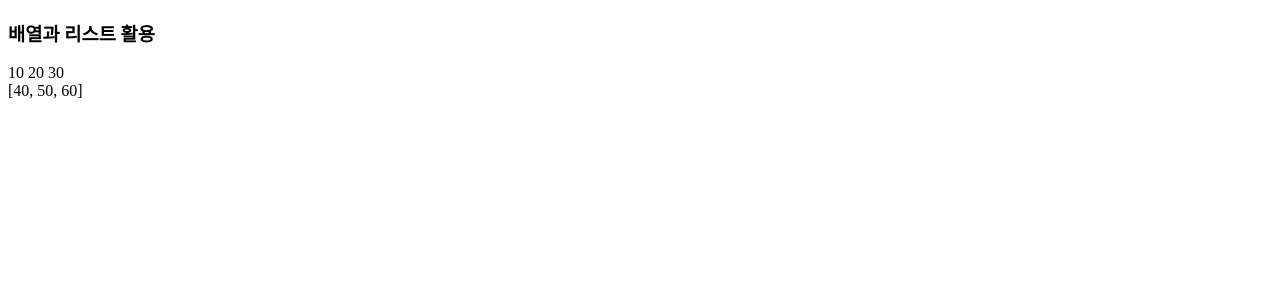
Repository: Kongnamu/JSPworks
Page: http://localhost/jwbook/ch01/Scriptlet2.jsp
These files come from the project's save history. The page is drawn as it stood at one moment and after the next save; the edit follows.
The browser window is 1280 px wide. The pictures show the whole page.
The page is served by Tomcat 9. Other server files are loaded and not shown.

Above is the page before, as saved 2023-11-20 02:44:06.

### jwbook/src/main/webapp/ch01/Scriptlet2.jsp
<%@page import="java.util.ArrayList"%>
<%@page import="java.util.Arrays"%>
<%@ page language="java" contentType="text/html; charset=UTF-8"
    pageEncoding="UTF-8"%>
<!DOCTYPE html>
<html>
<head>
<meta charset="UTF-8">
<title>배열과 리스트 활용</title>
</head>
<body>
	<h3>배열과 리스트 활용</h3>
	<%
		//배열
		int[] arr = new int[]{10, 20, 30};
		for(int i = 0; i < arr.length; i++){
			out.println(arr[i]);
		}
		out.println("<br>");

		//Arrays 클래스
		int arr2[] = new int[]{40, 50, 60};
		out.println(Arrays.toString(arr2));

		//ArrayList 클래스
		ArrayList<String> cart = new ArrayList<>();
		cart.add("우유");
		cart.add("콩나물");
		cart.add("딸기잼");



 	%>
</body>
</html>

After the next save:
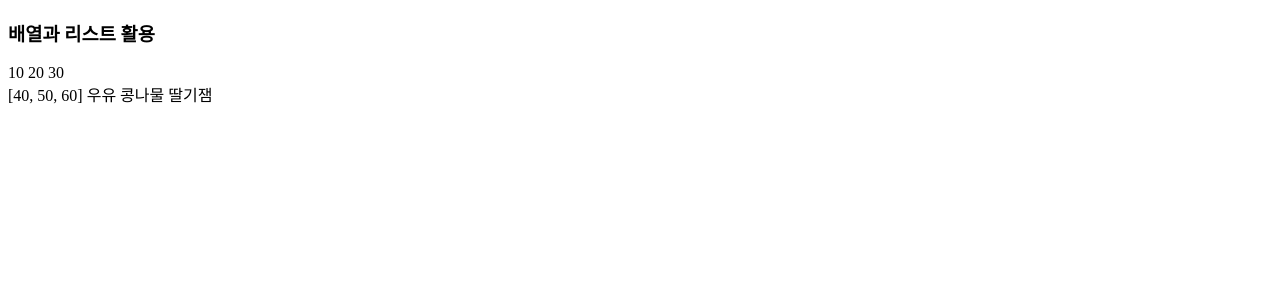
Saved 73 s later.
--- a/jwbook/src/main/webapp/ch01/Scriptlet2.jsp
+++ b/jwbook/src/main/webapp/ch01/Scriptlet2.jsp
@@ -28,6 +28,10 @@
 		cart.add("콩나물");
 		cart.add("딸기잼");
 
+		//향상 for문
+		for (String item : cart) {
+            out.println(item);
+		}
 
 
  	%>
